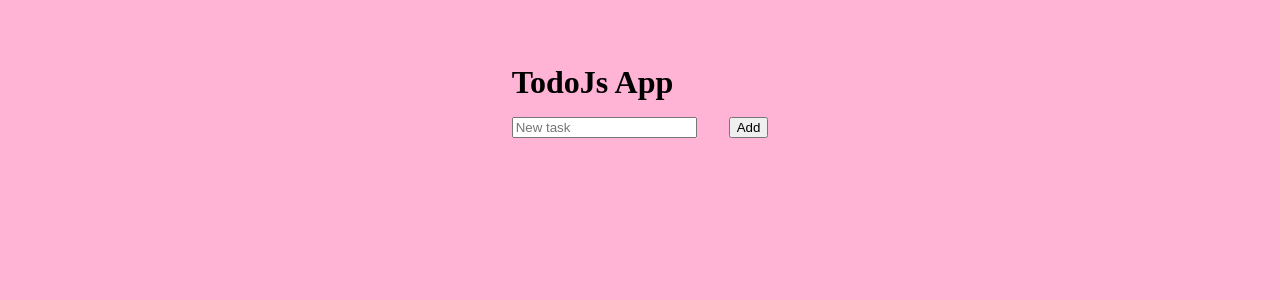
Repository: AlexandraYuhno/todo
Page: index.html
These files come from the project's save history. The page is drawn as it stood at one moment and after the next save; the edit follows.
The browser window is 1280 px wide. The pictures show the whole page.

Above is the page before, as saved 2024-06-26 09:21:30.

After the next save:
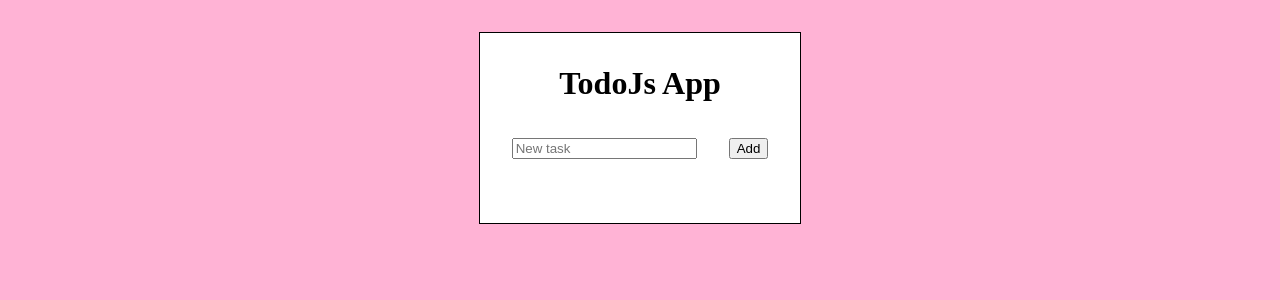
Saved 2 min 13 s later.
--- a/style.css
+++ b/style.css
@@ -10,8 +10,15 @@ body{
     padding: 32px;
 }
 
+.todo__title{
+    margin-bottom: 20px;
+    text-align: center;
+}
+
 .todo{
     padding: 32px;
+    background-color: #fff;
+    border: 1px solid #000;
 }
 
 .todo__new{
@@ -24,6 +31,7 @@ body{
     cursor: pointer;
 }
 
+
 .todo__task {
     cursor: default;
     display: flex;
@@ -32,3 +40,7 @@ body{
     border-radius: 5px;
     margin-bottom: 10px;
 }
+
+.todo__list{
+    padding: 0;
+}
